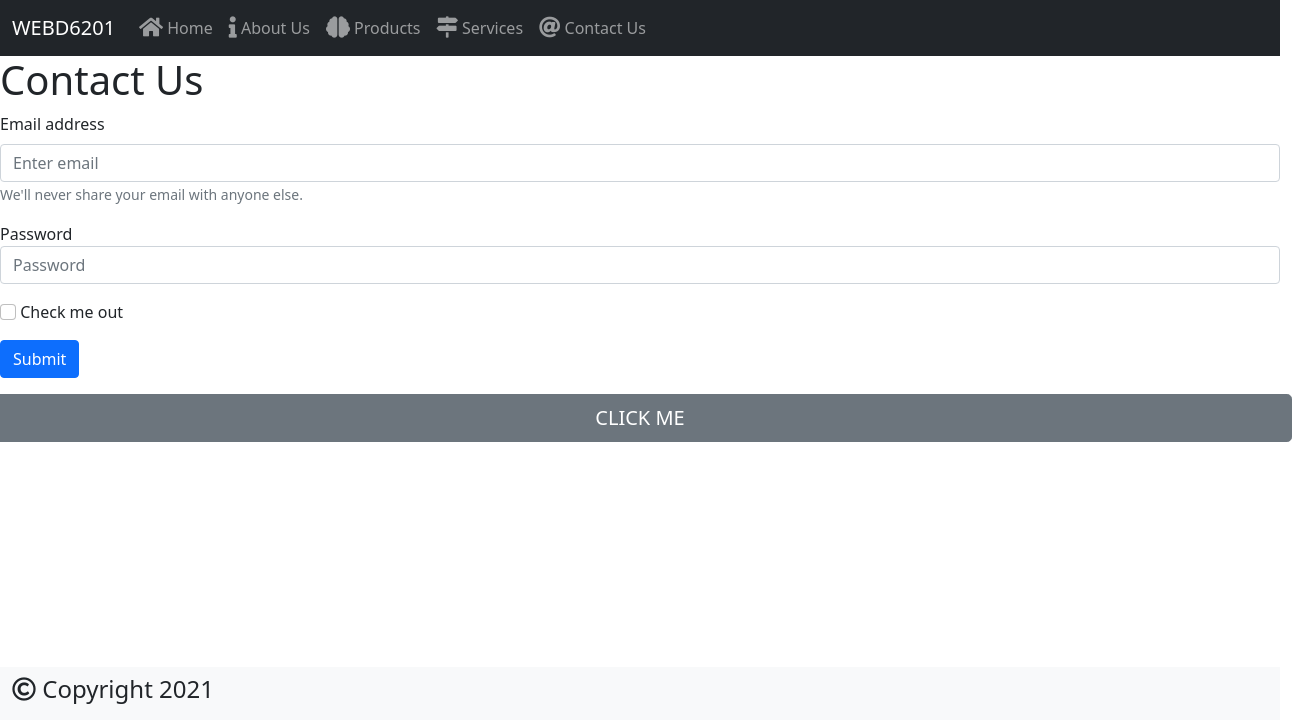
Repository: GarlicButterBoy/WEBD6201-Week1
Page: contact.html
These files come from the project's save history. The page is drawn as it stood at one moment and after the next save; the edit follows.
The browser window is 1280 px wide. The page is 1292 px wide, so the pictures cover 1292 px, including what lies to the right of the window. The pictures show the whole page.

Above is the page before, as saved 2021-01-21 09:18:05.

### contact.html
<!DOCTYPE html>
<html lang="en">
<head>
    <meta charset="UTF-8">
    <meta name="viewport" content="width=device-width, initial-scale=1.0">
    <title>Contact Us</title>

    <!-- CSS Section -->
    <link rel="stylesheet" href="./node_modules/bootstrap/dist/css/bootstrap.min.css">
    <link rel="stylesheet" href="./node_modules/@fortawesome/fontawesome-free/css/all.min.css">
    <link rel="stylesheet" href="./Content/app.css">

</head>
<body>
       <!-- Main Nav Header -->

       <header>
         <!--Main Navigation-->
        <nav class="navbar navbar-expand-lg navbar-dark bg-dark">
            <div class="container-fluid">
              <a class="navbar-brand" href="index.html">WEBD6201</a>
              <button class="navbar-toggler" type="button" data-bs-toggle="collapse" data-bs-target="#navbarSupportedContent" aria-controls="navbarSupportedContent" aria-expanded="false" aria-label="Toggle navigation">
                <span class="navbar-toggler-icon"></span>
              </button>
              <div class="collapse navbar-collapse" id="navbarSupportedContent">
                <ul class="navbar-nav ml-auto mb-2 mb-lg-0">

                  <li class="nav-item">
                    <a class="nav-link" aria-current="page" href="index.html">
                        <i class="fas fa-home fa-lg"></i> Home</a>
                  </li>

                  <li class="nav-item">
                    <a class="nav-link" aria-current="page" href="about.html">
                        <i class="fas fa-info fa-lg"></i> About Us</a>
                  </li>

                  <li class="nav-item">
                    <a class="nav-link" aria-current="page" href="products.html">
                        <i class="fas fa-brain fa-lg"></i> Products</a>
                  </li>

                  <li class="nav-item">
                    <a class="nav-link" aria-current="page" href="services.html">
                        <i class="fas fa-map-signs fa-lg"></i> Services</a>
                  </li>

                  <li class="nav-item  active">
                    <a class="nav-link" aria-current="page" href="contact.html">
                        <i class="fas fa-at fa-lg"></i> Contact Us</a>
                  </li>

                </ul>
              </div>
            </div>
          </nav>
    </header>
<!--Main Content-->
    <main class="row justify-content-md-center">
        <h1>Contact Us</h1>

        <form class="col-8-md-auto">

          <div class="mb-3">
            <label for="exampleInputEmail1" class="form-label">Email address</label>
            <input type="email" class="form-control" id="exampleInputEmail1" aria-describedby="emailHelp" placeholder="Enter email">
            <small id="emailHelp" class="form-text text-muted">We'll never share your email with anyone else.</small>
          </div>

          <div class="mb-3">
            <label for="exampleInputPassword1">Password</label>
            <input type="password" class="form-control" id="exampleInputPassword1" placeholder="Password">
          </div>

          <div class="mb-3">
            <input type="checkbox" class="form-check-input" id="exampleCheck1">
            <label class="form-check-label" for="exampleCheck1">Check me out</label>
          </div>
          <button type="submit" class="btn btn-primary">Submit</button>
        </form>

        <p id="paragraphOne" ></p>
        <button class="btn btn-secondary btn-lg" id="clickMeButton">CLICK ME</button>
    </main>
<!--Main Footer-->
    <footer>
        <nav class="navbar fixed-bottom navbar-light bg-light">
            <div class="container-fluid">
              <h4><i class="far fa-copyright" ></i> Copyright 2021</h4>
            </div>
        </nav>
    </footer>

    <!-- JavaScript Section -->
    <script src="./node_modules/jquery/dist/jquery.min.js"></script>
    <script src="./node_modules/bootstrap/dist/js/bootstrap.bundle.min.js"></script>
    <script src="./Scripts/app.js"></script>

</body>
</html>

### Content/app.css
/*
 * Custom CSS goes here!
 */

### Scripts/app.js
/*
 * Custom Scripts go here!
 */

//IIFE - Immediately Invoked Function Expression
//AKA - Anonymous Self-Executing Function
//Closure - Limits Scope Leak

"use strict";

(function()
{

    function displayHome()
    {

    }

    function displayAbout()
    {

    }

    function displayProducts()
    {

    }

    function displayServices()
    {

    }

    function displayContact()
    {

    }

    //Initialization Function
    function Start()
    {

       console.log("App Started...");
       switch(document.title)
       {
           case 'Home':
               displayHome();
               break;
           case 'About':
               displayAbout();
               break;
           case 'Products':
               displayProducts();
               break;
           case 'Services':
               displayServices();
               break;
           case 'Contact':
               displayContact();
               break;
       }

/*
       let paragraphOneText = "This is a simple site to demonstrate DOM Manipulation for ICE 01.";

       let paragraphOneElement = document.getElementById("paragraphOne");

       paragraphOneElement.className = "fs-5 fw-bold";
       paragraphOneElement.textContent = paragraphOneText;

       //Step 1. document.createElement
       let newParagraph = document.createElement("p");
       //Step 2. Configure the element
       newParagraph.setAttribute("id", "paragraphTwo");
       newParagraph.textContent = "...And this is paragraph Two.";
       //Step 3. Select the parent
       let mainContent = document.getElementsByTagName("main")[0];
       //Step 4. Add/Insert the element
       mainContent.appendChild(newParagraph);

       paragraphTwo.className = "fs-6";

       //Another way to inject a comment
       let paragraphDiv = document.createElement('div');
       let paragraphThree = `<p class="fs-7" fw-bold>This is the third paragraph.</p>`;
       paragraphDiv.innerHTML = paragraphThree;

       //Insertion Before
       //paragraphTwo.before(paragraphDiv);

       //Insertion After
       paragraphTwo.after(paragraphDiv);

       //deletions
       //target an element
       //paragraphOneElement.remove();//remove a single element
       //target a child (rough)
       mainContent.removeChild(paragraphOneElement);

       //updates/modifications
       //paragraphTwoElement.firstChild.textContent = "This is an update. Welcome back!";
       mainContent.firstElementChild.textContent = "This is an update. Welcome back!";

        mainContent.innerHTML =
        `
        <h1 id="firstHeading">Welcome to Webd6201 - Lab 1</h1>
        <p id="firstParagraph" class="fw-bold">This is the first paragraph</p>
        `;
*/
       for (let index = 0; index < 5; index++)
       {

        console.log(index);

        let clickMeButton = document.getElementById("clickMeButton");



        clickMeButton.addEventListener("click", ()=>
        {
            console.log("Click me button was depressed :(");
        });
       }
    }
    //Event Listener
    window.addEventListener("load", Start);

})();

Loaded but not shown: node_modules/bootstrap/dist/css/bootstrap.min.css (library); node_modules/@fortawesome/fontawesome-free/css/all.min.css (library); node_modules/jquery/dist/jquery.min.js (library); node_modules/bootstrap/dist/js/bootstrap.bundle.min.js (library)

After the next save:
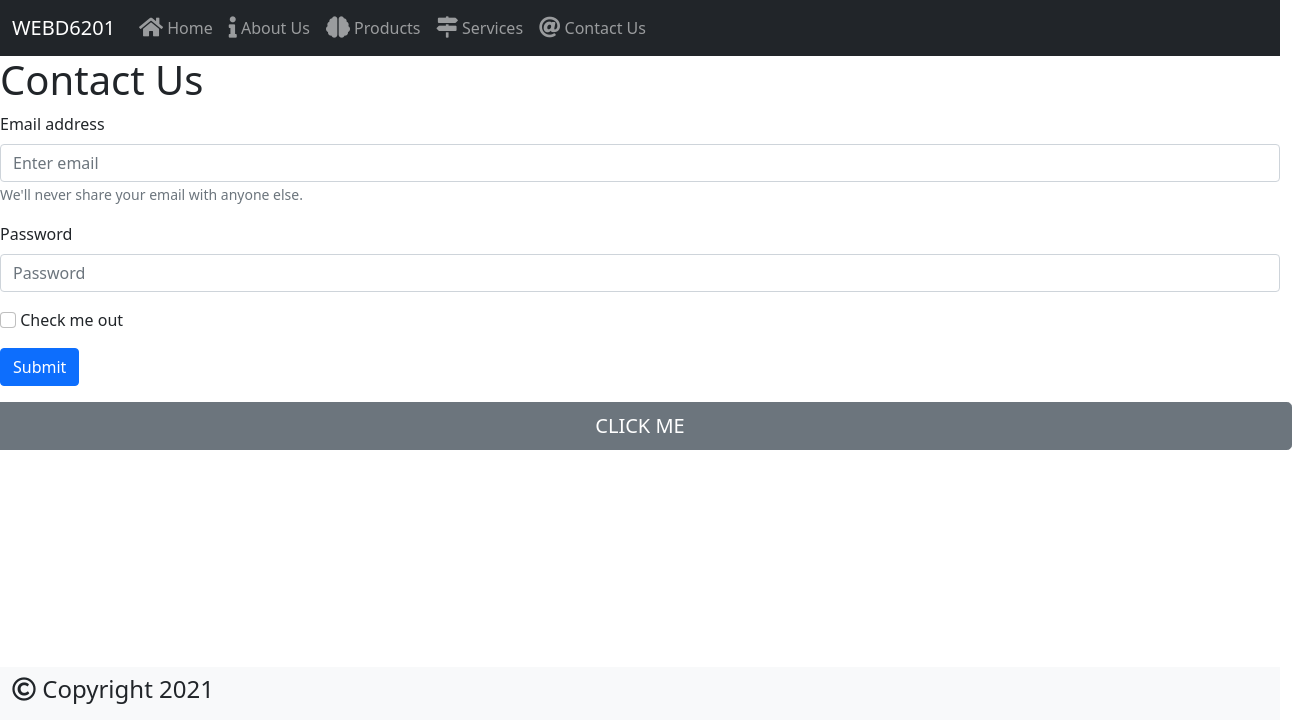
Saved 8 s later.
--- a/contact.html
+++ b/contact.html
@@ -68,7 +68,7 @@
           </div>
 
           <div class="mb-3">
-            <label for="exampleInputPassword1">Password</label>
+            <label for="exampleInputPassword1" class="form-label">Password</label>
             <input type="password" class="form-control" id="exampleInputPassword1" placeholder="Password">
           </div>
 
